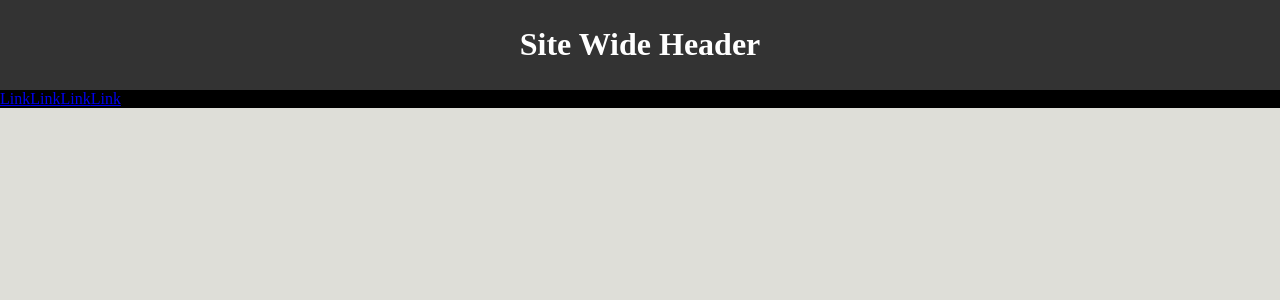
Repository: ayeza-baseer/AssignmentFlexbox
Page: assignment.html
The author's editor kept a copy of each file at every save. The page is drawn from the files as they stood at one save, then again after the next save.
The browser window is 1280 px wide. The pictures show the whole page.

Above is the page before, as saved 2023-03-17 13:41:15.

### assignment.html
<!DOCTYPE html>
<html lang="en">
<head>

    <link rel="stylesheet" href="assignment.css">


</head>
<body>
<div>
    <header class="header"><h1>
        Site Wide Header
    </h1></header>
    <div class="navbar">
        <a href="#">Link</a>
        <a href="#">Link</a>
        <a href="#">Link</a>
        <a href="#">Link</a>
      </div>


</div>

</body>
</html>

### assignment.css
.header{
    padding: 5px;
    background-color: #333;
	 color: #ccc;

    text-align: center;

    color: white;
}

body{
    margin:0;
    background-color: #deded8;
}

.navbar {
    display: flex;
    background-color: black
  }

After the next save:
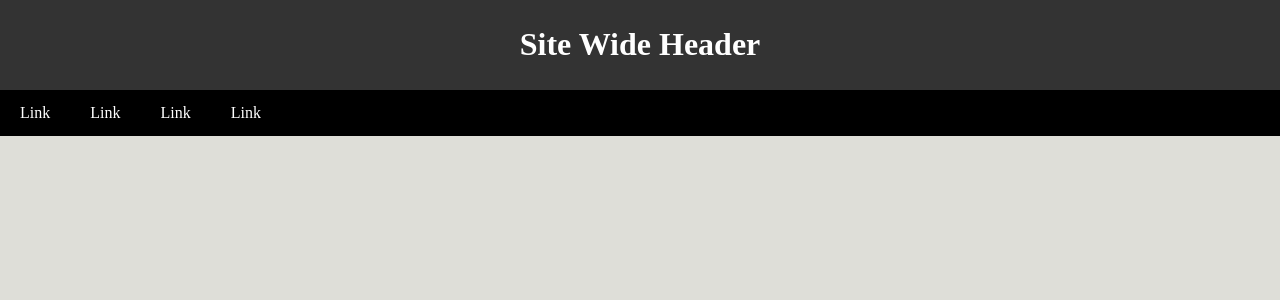
Saved 49 s later.
--- a/assignment.css
+++ b/assignment.css
@@ -17,3 +17,10 @@ body{
     display: flex;
     background-color: black
   }
+
+  .navbar a {
+    color: white;
+    padding: 14px 20px;
+    text-decoration: none;
+    text-align: center;
+  }

After the save that followed:
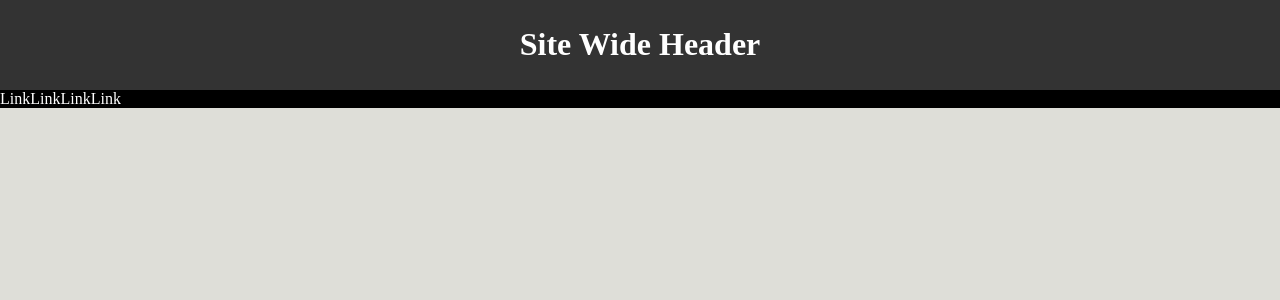
Saved 83 s later.
--- a/assignment.css
+++ b/assignment.css
@@ -20,6 +20,7 @@ body{
 
   .navbar a {
     color: white;
+    background-color: #ccc
     padding: 14px 20px;
     text-decoration: none;
     text-align: center;
